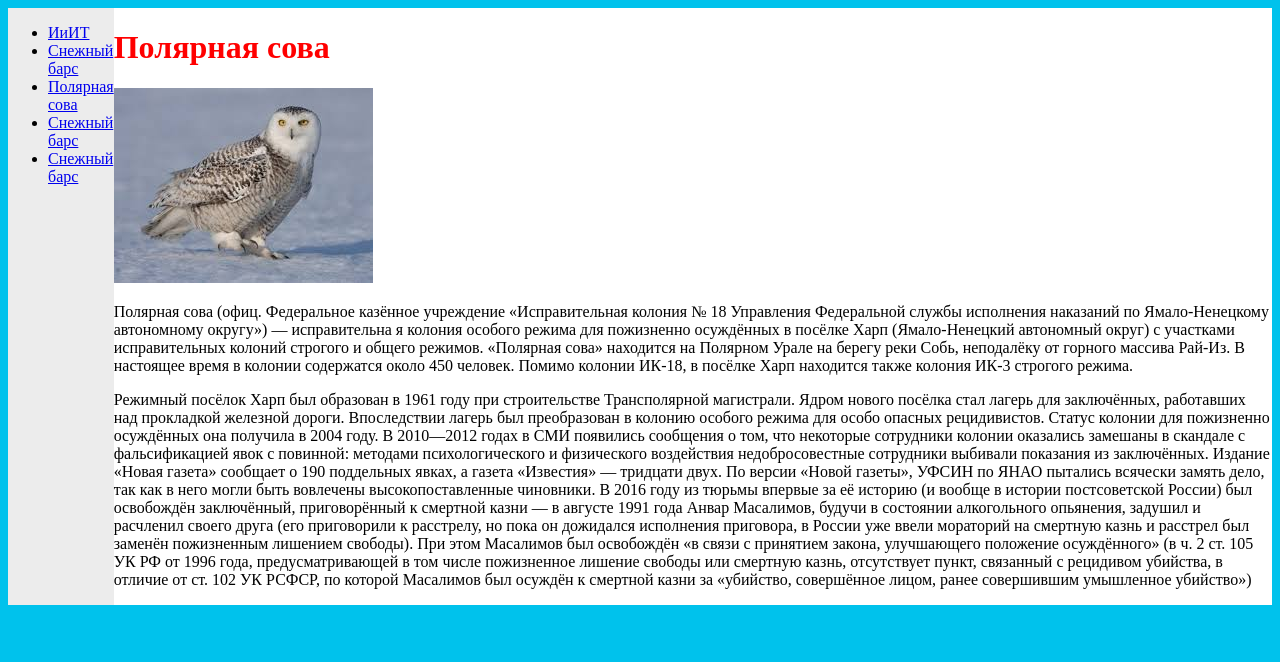
Repository: polinamalysheva/polina.github.io
Page: week11/3.html
The author's editor kept a record of every edit. The page is drawn from the files as they stood at one moment, then again after the next edit.
The browser window is 1280 px wide. The pictures show the whole page.

Above is the page before.

After the next edit:
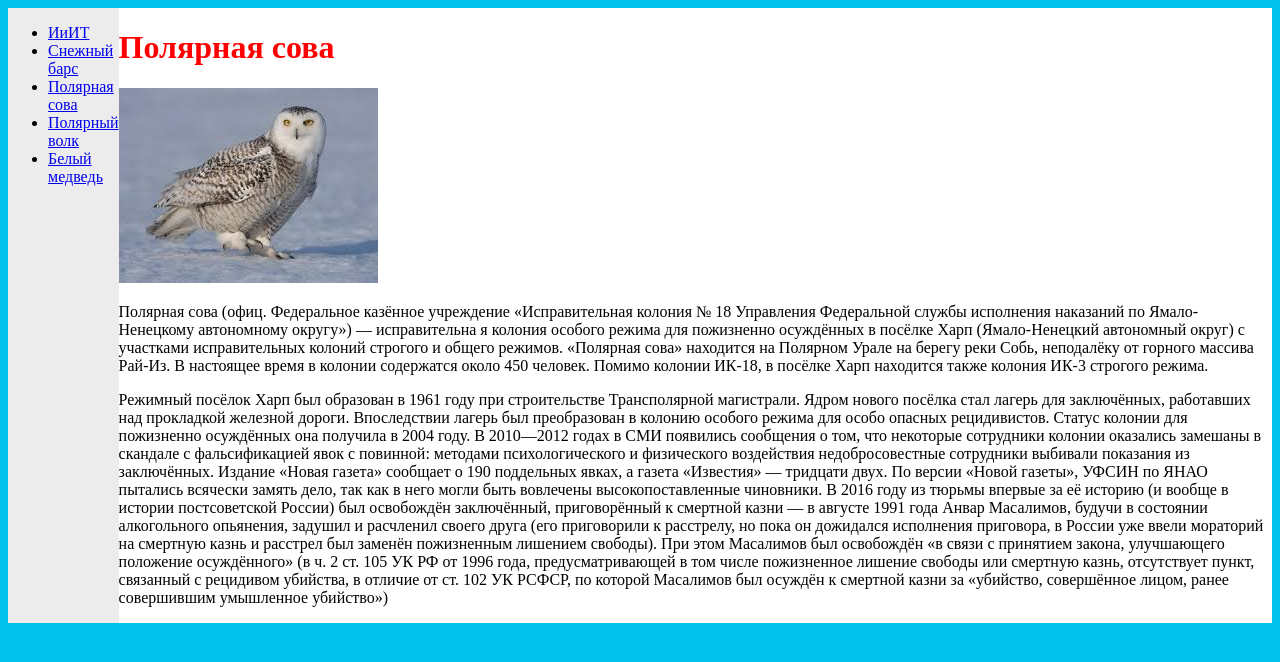
The edit:
--- a/week11/3.html
+++ b/week11/3.html
@@ -12,8 +12,8 @@
                     <li><a href="index.html">ИиИТ</a></li>
                     <li><a href="2.html">Снежный барс </a></li>
                     <li><a href="3.html">Полярная сова </a></li>
-                    <li><a href="4.html">Снежный барс </a></li>
-                    <li><a href="5.html">Снежный барс </a></li>
+                    <li><a href="4.html">Полярный волк </a></li>
+                    <li><a href="5.html">Белый медведь </a></li>
                 </ul>
             </nav>
      <main>
